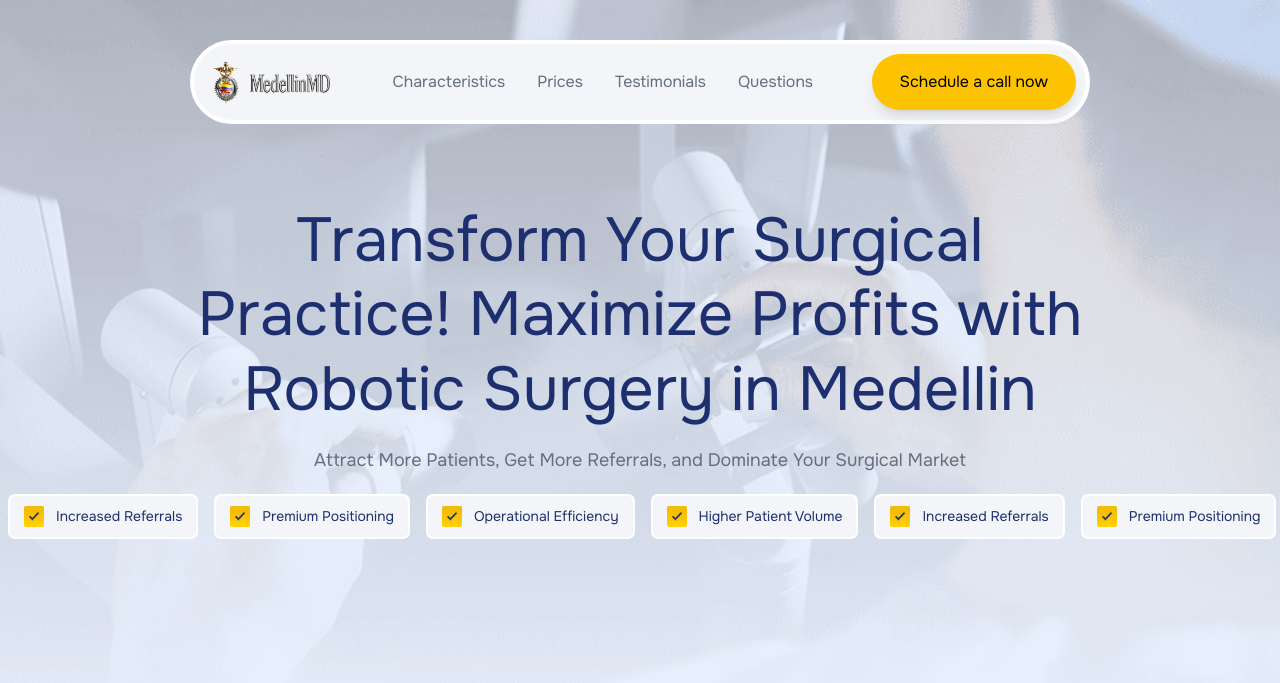
Repository: emmanueltech2019/cmd
Page: /home
The author's editor kept a copy of each file at every save. The page is drawn from the files as they stood at one save, then again after a run of saves.
The browser window is 1280 px wide. The pictures show the whole page.
The project was rebuilt for these pictures with package versions that can differ from the ones it lists, and the page was loaded fresh each time. The framework's server and built-in components were replaced by stand-ins that run in the browser. Also part of the build but not shown: next.config.mjs.

Above is the page before, as saved 2025-05-15 16:44:30.

### src/app/home/page.jsx
import React from 'react'
import Image from 'next/image'
import medellinHero from '@/images/jpg/medellinHero.jpg'
import medellinLogo from '@/images/png/medellinLogo.png'
import medellinCheck from '@/images/png/medellinCheck.png'
import SlideView from '../components/SlideView'
import Button from '../components/Button'

const page = () => {
    const slideViewData = [
        { id: 1, text: 'Increased Referrals', image: medellinCheck },
        { id: 2, text: 'Premium Positioning', image: medellinCheck },
        { id: 3, text: 'Operational Efficiency', image: medellinCheck },
        { id: 4, text: 'Higher Patient Volume', image: medellinCheck },
    ];
  return (
    <>
        <div className={`h-screen w-full`}
            style={{
                backgroundImage: `url(${medellinHero.src})`,
                backgroundSize: 'cover',
                backgroundPosition: 'center',
                backgroundRepeat: 'no-repeat',
            }}
        >
            <nav className='py-5'>
                <div className="w-web-navwidth mx-auto bg-web-navwhite backdrop-blur-md p-web-nav-padding flex justify-between items-center rounded-web-radius border-white border-4 my-5">
                    <div className="w-web-logowidth h-web-logoheight flex justify-center items-center">
                        <Image src={medellinLogo} width={100} height={100} alt='medellin logo' className='w-full' />
                    </div>
                    <ul className="flex gap-web-navgap items-center text-navfontsize">
                        <li>
                            <button className='p-web-nav-padding bg-transparent hover:bg-web-blue text-web-navgray hover:text-white transition-all duration-500 rounded-web-navbtnradius'>Characteristics</button>
                        </li>
                        <li>
                            <button className='p-web-nav-padding bg-transparent hover:bg-web-blue text-web-navgray hover:text-white transition-all duration-500 rounded-web-navbtnradius'>Prices</button>
                        </li>
                        <li>
                            <button className='p-web-nav-padding bg-transparent hover:bg-web-blue text-web-navgray hover:text-white transition-all duration-500 rounded-web-navbtnradius'>Testimonials</button>
                        </li>
                        <li>
                            <button className='p-web-nav-padding bg-transparent hover:bg-web-blue text-web-navgray hover:text-white transition-all duration-500 rounded-web-navbtnradius'>Questions</button>
                        </li>
                    </ul>
                    <Button className='bg-web-yellow hover:bg-web-blue py-4 px-7 transition-all duration-500 hover:text-white shadow-lg rounded-web-radius'>Schedule a call now</Button>
                </div>
            </nav>
            <div className="mt-10 w-[100%] md:w-[70%] mx-auto">
                <h1 className="text-center text-web-blue text-webhero-font leading-webhero-lineheight">Transform Your Surgical Practice! Maximize Profits with Robotic Surgery in Medellin</h1>
                <p className='text-websubhero-font text-web-navgray text-center py-5'>Attract More Patients, Get More Referrals, and Dominate Your Surgical Market</p>
            </div>
            <div className="whitespace-nowrap overflow-hidden">
                <div className="flex whitespace-nowrap">
                    {slideViewData.map((item) => (
                        <SlideView key={`a-${item.id}`}>
                            <div className="flex gap-3">
                                <Image src={item.image} alt='medellin check' width={100} height={100} className='w-5' />
                                {item.text}
                            </div>
                        </SlideView>
                    ))}
                    {slideViewData.map((item) => (
                        <SlideView key={`b-${item.id}`}>
                            <div className="flex gap-3">
                                <Image src={item.image} alt='medellin check' width={100} height={100} className='w-5' />
                                {item.text}
                            </div>
                        </SlideView>
                    ))}
                </div>
            </div>
        </div>
    </>
  )
}

export default page

### src/app/globals.css
@import url('https://fonts.googleapis.com/css2?family=Onest:wght@100..900&family=Poppins:ital,wght@0,100;0,200;0,300;0,400;0,500;0,600;0,700;0,800;0,900;1,100;1,200;1,300;1,400;1,500;1,600;1,700;1,800;1,900&display=swap');

*{
  font-family: "Onest", sans-serif;
}

@tailwind base;
@tailwind components;
@tailwind utilities;

@font-face {
  font-family: 'Onset';
  src: url('/src/fonts/Onest-VariableFont_wght.ttf') format('truetype');
  font-weight: 400;
  font-style: normal;
  font-display: swap; /* recommended for better performance */
}

### src/app/components/SlideView.jsx
import React from 'react'

const slideview = ({ children }) => {
  return (
    <div className='p-web-heroslideview bg-web-navwhite border-white border-2 rounded-web-heroslideradius text-web-navfontsize text-web-blue mx-2 flex-shrink-0'>{children}</div>
  )
}

export default slideview

### src/app/components/button.jsx
import React from 'react'

const button = ({children}) => {
  return (
    <button className='bg-web-yellow hover:bg-web-blue py-4 px-7 transition-all duration-500 hover:text-white shadow-lg rounded-web-radius'>{children}</button>
  )
}

export default button

### tailwind.config.js
/** @type {import('tailwindcss').Config} */
export default {
  content: [
    "./index.html",
    "./src/**/*.{js,ts,jsx,tsx}",
  ],
  theme: {
    extend: {
      colors: {
        'web-blue': '#1d2f6f',
        'web-yellow': '#fdc201',
        'web-navwhite': '#f3f5f8',
        'web-navgray': '#646e7d',
      },
      boxShadow: {
        'web-shadow': '#abcbff08 0px 0.602187px 2.28831px 0px,'
      },
      padding: {
        'web-btn-padding': '16px 28px',
        'web-nav-padding': '10px',
        'web-heroslideview': '10px 14px'
      },
      lineHeight: {
        'webhero-lineheight': '74.4px'
      },
      fontSize: {
        'webhero-font': '62px',
        'websubhero-font': '18px',
        'web-navfontsize': '14px'
      },
      width: {
        'web-navwidth': '900px',
        'web-logowidth': '130px',
      },
      height: {
        'web-navheight': '76px',
        'web-logoheight': '56px'
      },
      borderRadius: {
        'web-radius': '99px',
        'web-navbtnradius': '8px',
        'web-heroslideradius': '7px'
      },
      gap: {
        'web-navgap': '12px'
      },
      fontFamily: {
        myFont: ['Onset']
      },
      keyframes: {
        'slide': {
          '0%': { transform: 'translateX(0)' },
          '100%': { transform: 'translateX(-100%)' },
        },
      },
      animation: {
        'slide': 'slide 10s linear infinite',
      },
    },
  },
  plugins: [],
}

Loaded but not shown: src/app/layout.jsx (common file)

After the next 3 saves:
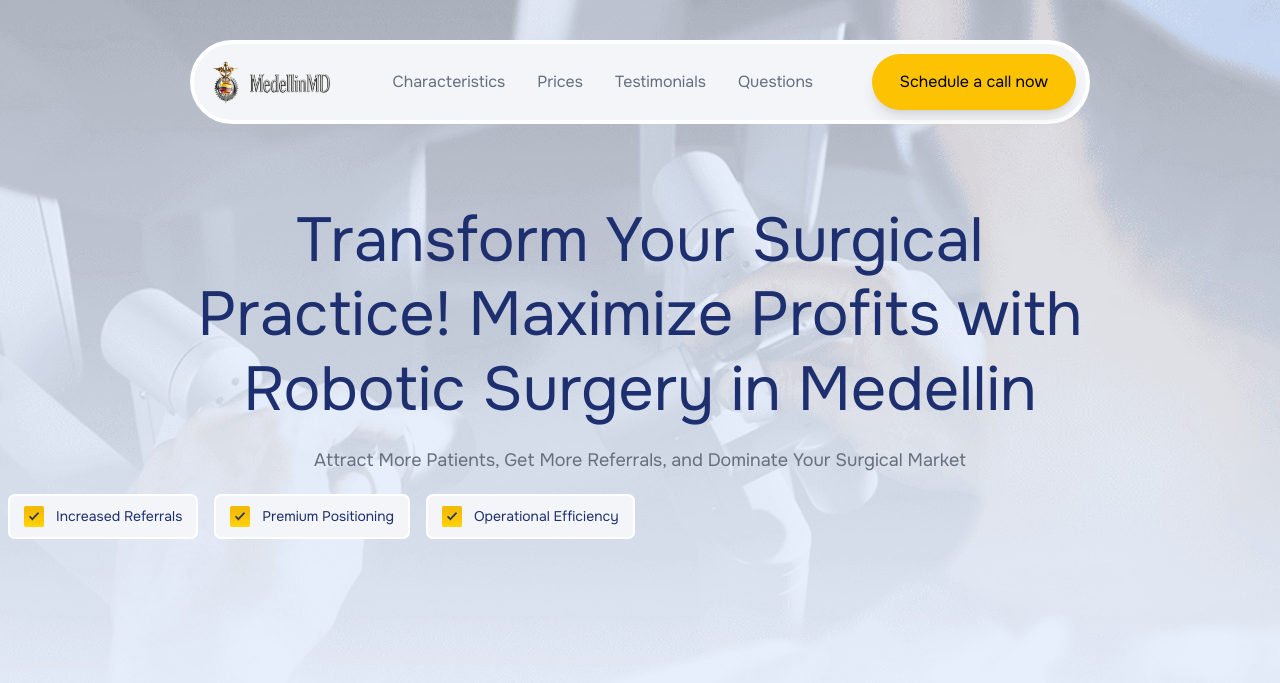
The 3 saves are shown as one change because they came seconds apart.
The last was saved 28 s later.
--- a/src/app/home/page.jsx
+++ b/src/app/home/page.jsx
@@ -49,7 +49,7 @@ const page = () => {
                 <h1 className="text-center text-web-blue text-webhero-font leading-webhero-lineheight">Transform Your Surgical Practice! Maximize Profits with Robotic Surgery in Medellin</h1>
                 <p className='text-websubhero-font text-web-navgray text-center py-5'>Attract More Patients, Get More Referrals, and Dominate Your Surgical Market</p>
             </div>
-            <div className="whitespace-nowrap overflow-hidden">
+            <div className="whitespace-nowrap overflow-hidden w-[50%] me">
                 <div className="flex whitespace-nowrap">
                     {slideViewData.map((item) => (
                         <SlideView key={`a-${item.id}`}>
